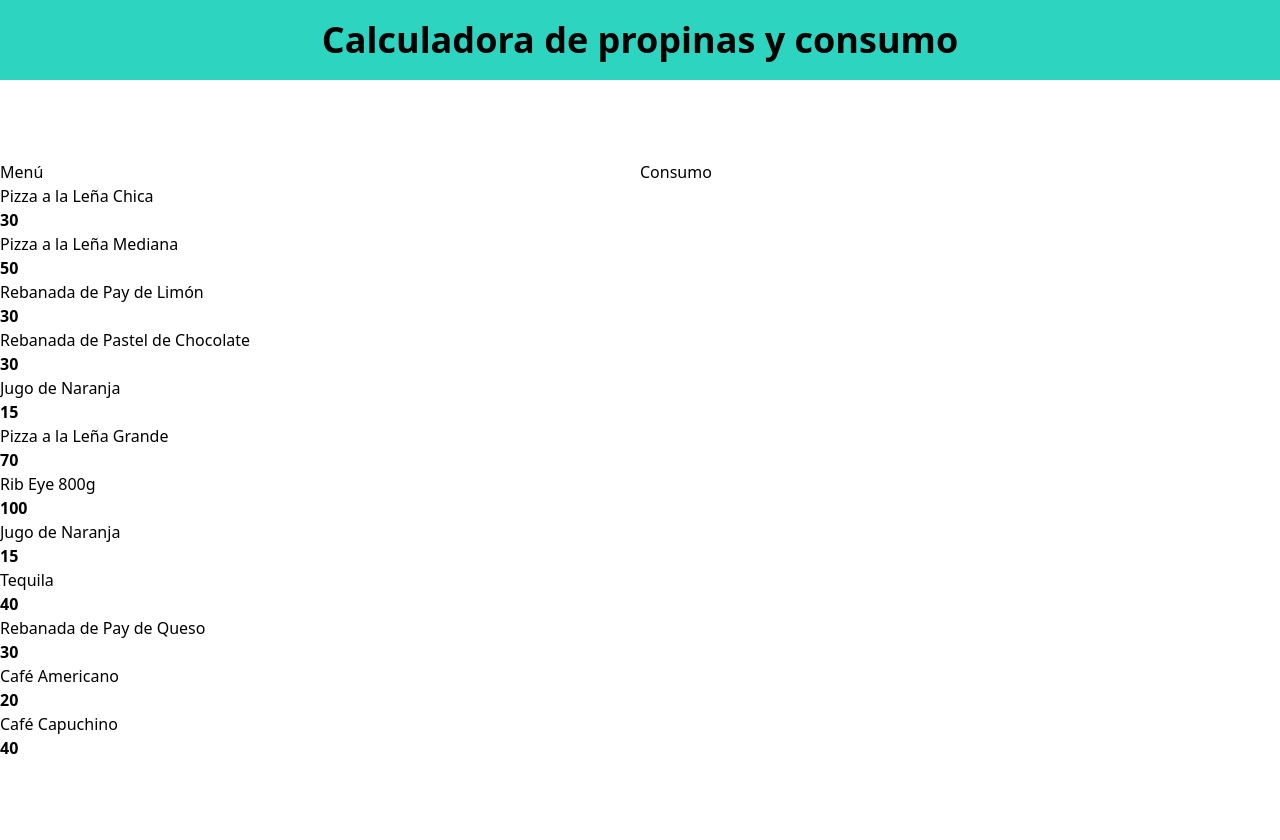
Repository: Samuel-Leal96/calculador_propinas
Page: /
These files come from the project's save history. The page is drawn as it stood at one moment and after the next save; the edit follows.
The browser window is 1280 px wide. The pictures show the whole page.
The project was rebuilt for these pictures with package versions that can differ from the ones it lists, and the page was loaded fresh each time. Also part of the build but not shown: vite.config.ts.

Above is the page before, as saved 2025-10-20 17:11:56.

After the next save:
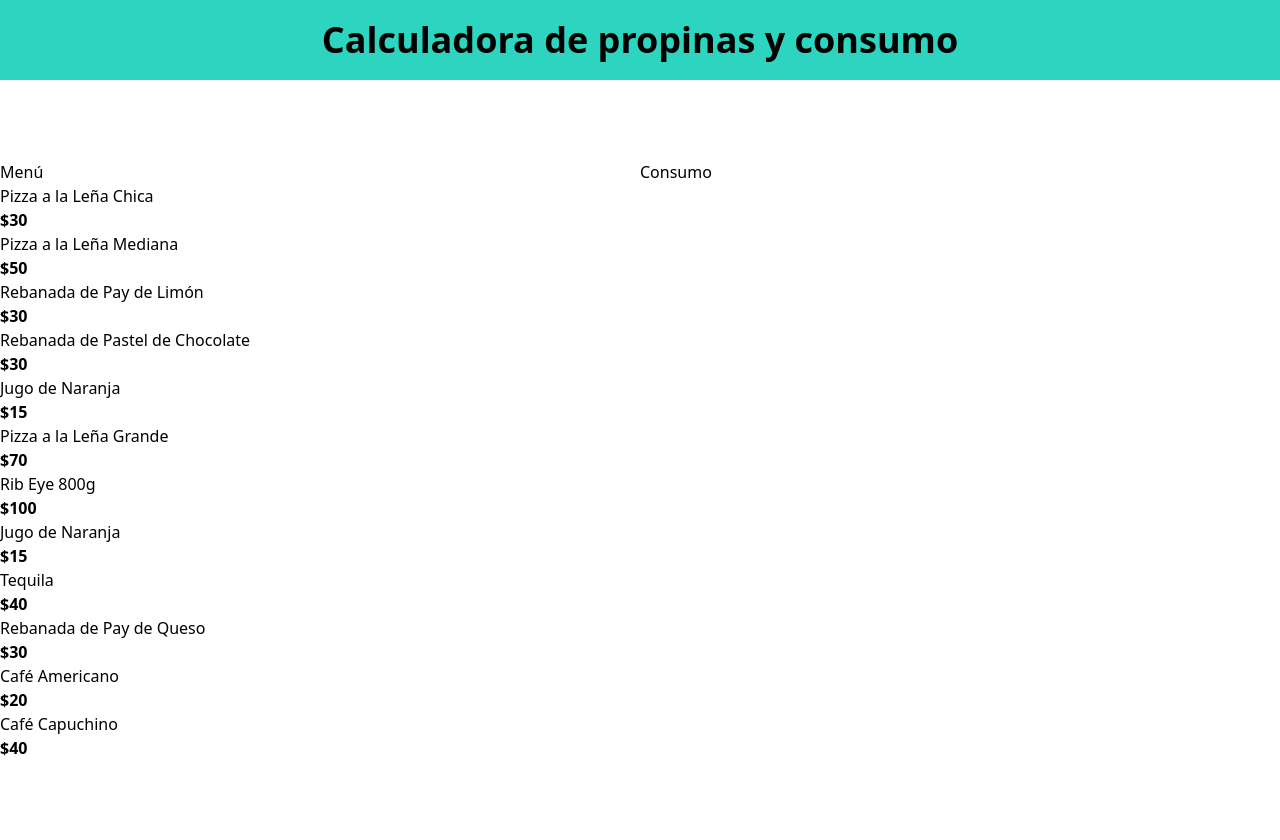
Saved 50 s later.
--- a/src/components/MenuItem.tsx
+++ b/src/components/MenuItem.tsx
@@ -8,7 +8,7 @@ export default function MenuItem({ item }: MenuItemProps) {
     return (
         <>
             <p>{item.name}</p>
-            <p className="font-black">{item.price}</p>
+            <p className="font-black">${item.price}</p>
         </>
     )
 }
